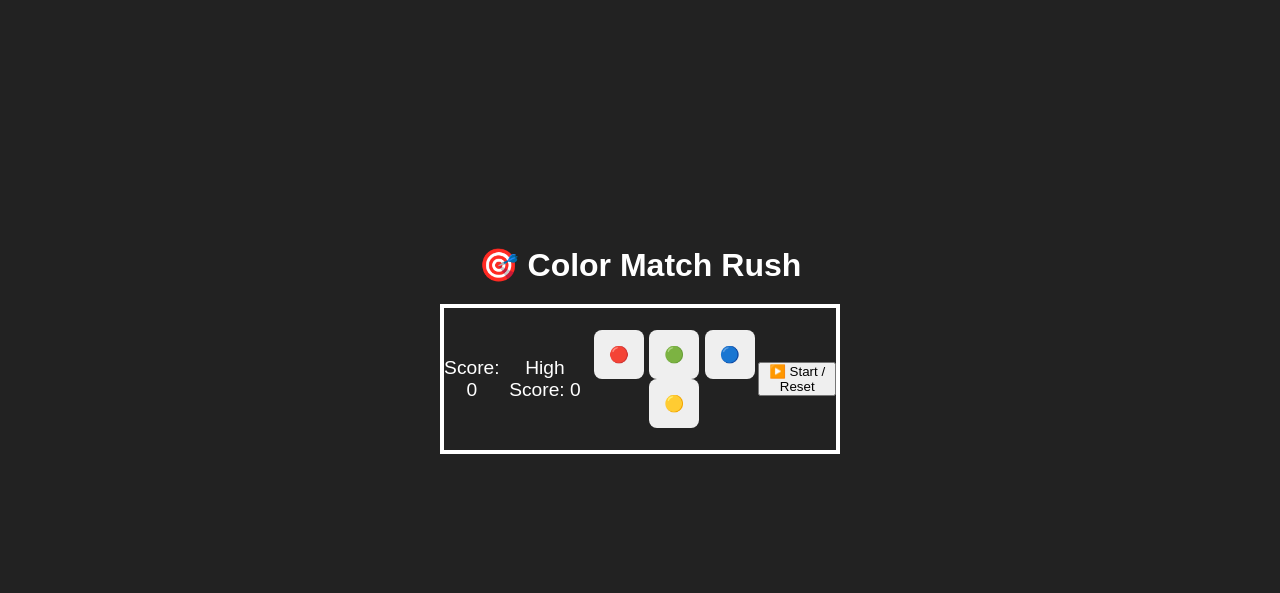
Repository: alokanand524/anand-portfolio
Page: games/color-match-game/index.html
An editor plug-in stored every save of this project. The page is shown before and after the next save, followed by the edit.
The browser window is 1280 px wide. The pictures show the whole page.

Above is the page before, as saved 2025-07-31 16:25:42.
Console error: TypeError: Cannot read properties of null (reading 'addEventListener')

### games/color-match-game/index.html
<!DOCTYPE html>
<html lang="en">
<head>
  <meta charset="UTF-8" />
  <meta name="viewport" content="width=device-width, initial-scale=1.0"/>
  <title>🎯 Color Match Rush</title>
  <link rel="stylesheet" href="style.css" />
</head>
<body>
  <div class="container">
    <h1>🎯 Color Match Rush</h1>

    <div class="game-box" id="game-box">
      <div id="timer-bar"></div>

      <p id="score">Score: 0</p>
      <p id="high-score">High Score: 0</p>

      <div class="buttons">
        <button class="color-btn" data-color="red">🔴</button>
        <button class="color-btn" data-color="green">🟢</button>
        <button class="color-btn" data-color="blue">🔵</button>
        <button class="color-btn" data-color="yellow">🟡</button>
      </div>

      <button id="start-btn">▶️ Start / Reset</button>
    </div>
  </div>

  <script src="script.js"></script>
</body>
</html>

### games/color-match-game/style.css
* {
  margin: 0;
  padding: 0;
  box-sizing: border-box;
  font-family: Arial, sans-serif;
}

body {
  background: #222;
  color: #fff;
  display: flex;
  align-items: center;
  justify-content: center;
  min-height: 100vh;
  padding: 20px;
}

.container {
  max-width: 400px;
  width: 100%;
  text-align: center;
}

.game-box {
  height: 150px;
  margin: 20px 0;
  border: 4px solid #fff;
  display: flex;
  align-items: center;
  justify-content: center;
  font-size: 1.2rem;
  transition: background-color 0.3s ease;
}

.btn-group {
  display: flex;
  flex-wrap: wrap;
  justify-content: space-between;
  margin-bottom: 20px;
  gap: 10px;
}

.color-btn {
  flex: 1 1 45%;
  padding: 15px;
  font-size: 1rem;
  border: none;
  color: white;
  border-radius: 8px;
  cursor: pointer;
  transition: transform 0.2s;
}

.color-btn:hover {
  transform: scale(1.05);
}

.red    { background-color: red; }
.green  { background-color: green; }
.blue   { background-color: blue; }
.yellow { background-color: goldenrod; }

.controls button {
  padding: 10px 20px;
  font-size: 1rem;
  margin: 5px;
  cursor: pointer;
  border-radius: 5px;
  border: none;
}

#startBtn { background-color: #28a745; color: white; }
#resetBtn { background-color: #dc3545; color: white; }

### games/color-match-game/script.js
const colors = ["red", "green", "blue", "yellow"];
let currentColor = "";
let score = 0;
let interval = 2000;
let gameInterval = null;
let isGameRunning = false;

const gameBox = document.getElementById("gameBox");
const message = document.getElementById("message");
const scoreDisplay = document.getElementById("score");

const startBtn = document.getElementById("startBtn");
const resetBtn = document.getElementById("resetBtn");

const buttons = document.querySelectorAll(".color-btn");

function startGame() {
  if (isGameRunning) return;

  isGameRunning = true;
  score = 0;
  interval = 2000;
  scoreDisplay.textContent = score;
  message.textContent = "Match the color!";
  nextRound();
}

function resetGame() {
  clearInterval(gameInterval);
  isGameRunning = false;
  gameBox.style.backgroundColor = "#333";
  message.textContent = "Press Start to Play!";
  score = 0;
  scoreDisplay.textContent = score;
}

function nextRound() {
  clearInterval(gameInterval);

  currentColor = colors[Math.floor(Math.random() * colors.length)];
  gameBox.style.backgroundColor = currentColor;

  gameInterval = setTimeout(() => {
    gameOver();
  }, interval);
}

function checkColor(selectedColor) {
  if (!isGameRunning) return;

  if (selectedColor === currentColor) {
    score++;
    scoreDisplay.textContent = score;
    interval = Math.max(600, interval - 100); // Speed up
    nextRound();
  } else {
    gameOver();
  }
}

function gameOver() {
  clearInterval(gameInterval);
  isGameRunning = false;
  message.textContent = `❌ Game Over! Final Score: ${score}`;
  gameBox.style.backgroundColor = "#333";
}

buttons.forEach(btn => {
  btn.addEventListener("click", () => {
    checkColor(btn.dataset.color);
  });
});

startBtn.addEventListener("click", startGame);
resetBtn.addEventListener("click", resetGame);

After the next save:
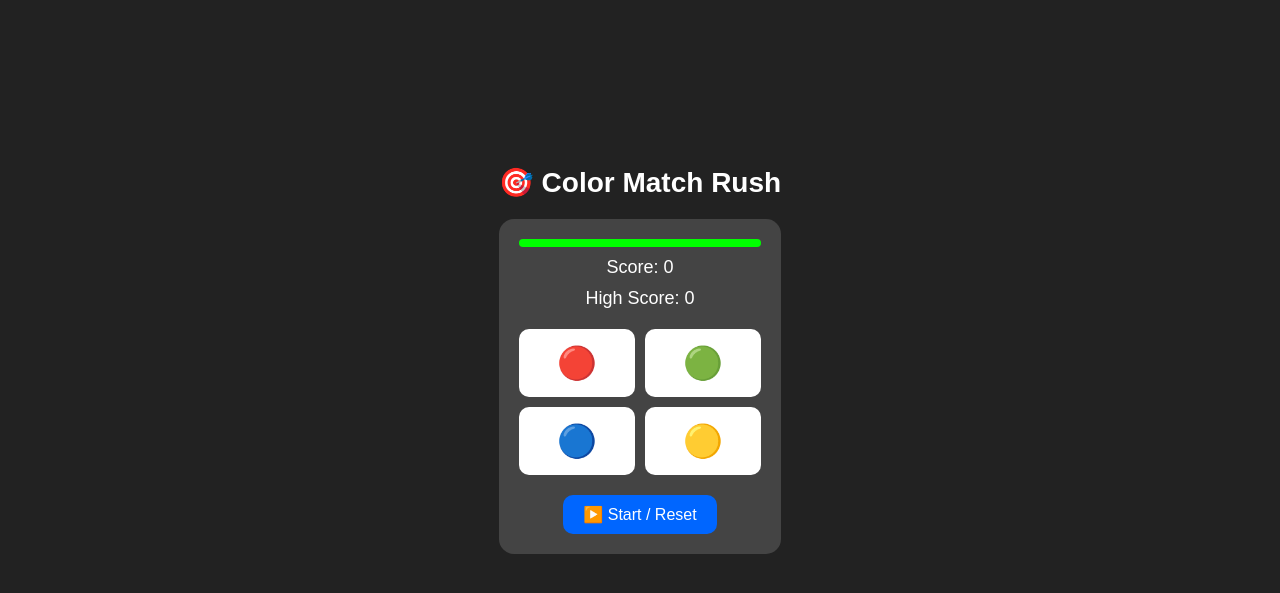
Saved 8 s later.
--- a/games/color-match-game/style.css
+++ b/games/color-match-game/style.css
@@ -2,72 +2,83 @@
   margin: 0;
   padding: 0;
   box-sizing: border-box;
-  font-family: Arial, sans-serif;
 }
 
-body {
-  background: #222;
+body, html {
+  height: 100%;
+  font-family: 'Arial', sans-serif;
+  background-color: #222;
   color: #fff;
   display: flex;
+  justify-content: center;
   align-items: center;
-  justify-content: center;
-  min-height: 100vh;
-  padding: 20px;
 }
 
 .container {
+  width: 100%;
   max-width: 400px;
-  width: 100%;
+  padding: 20px;
   text-align: center;
 }
 
-.game-box {
-  height: 150px;
-  margin: 20px 0;
-  border: 4px solid #fff;
-  display: flex;
-  align-items: center;
-  justify-content: center;
-  font-size: 1.2rem;
-  transition: background-color 0.3s ease;
+h1 {
+  margin-bottom: 20px;
+  font-size: 28px;
 }
 
-.btn-group {
-  display: flex;
-  flex-wrap: wrap;
-  justify-content: space-between;
-  margin-bottom: 20px;
+.game-box {
+  background-color: #444;
+  padding: 20px;
+  border-radius: 15px;
+  position: relative;
+}
+
+#timer-bar {
+  height: 8px;
+  width: 100%;
+  background-color: #0f0;
+  border-radius: 4px;
+  margin-bottom: 10px;
+  animation: none;
+}
+
+#score, #high-score {
+  font-size: 18px;
+  margin: 10px 0;
+}
+
+.buttons {
+  display: grid;
+  grid-template-columns: repeat(2, 1fr);
   gap: 10px;
+  margin: 20px 0;
 }
 
 .color-btn {
-  flex: 1 1 45%;
+  font-size: 32px;
   padding: 15px;
-  font-size: 1rem;
   border: none;
-  color: white;
-  border-radius: 8px;
+  border-radius: 10px;
+  background-color: #fff;
   cursor: pointer;
   transition: transform 0.2s;
 }
 
-.color-btn:hover {
-  transform: scale(1.05);
+.color-btn:active {
+  transform: scale(0.95);
 }
 
-.red    { background-color: red; }
-.green  { background-color: green; }
-.blue   { background-color: blue; }
-.yellow { background-color: goldenrod; }
-
-.controls button {
+#start-btn {
+  background-color: #06f;
+  color: white;
   padding: 10px 20px;
-  font-size: 1rem;
-  margin: 5px;
+  font-size: 16px;
+  border-radius: 10px;
+  border: none;
   cursor: pointer;
-  border-radius: 5px;
-  border: none;
 }
 
-#startBtn { background-color: #28a745; color: white; }
-#resetBtn { background-color: #dc3545; color: white; }
+@keyframes shrinkBar {
+  0% { width: 100%; background-color: #0f0; }
+  100% { width: 0%; background-color: #f00; }
+}
